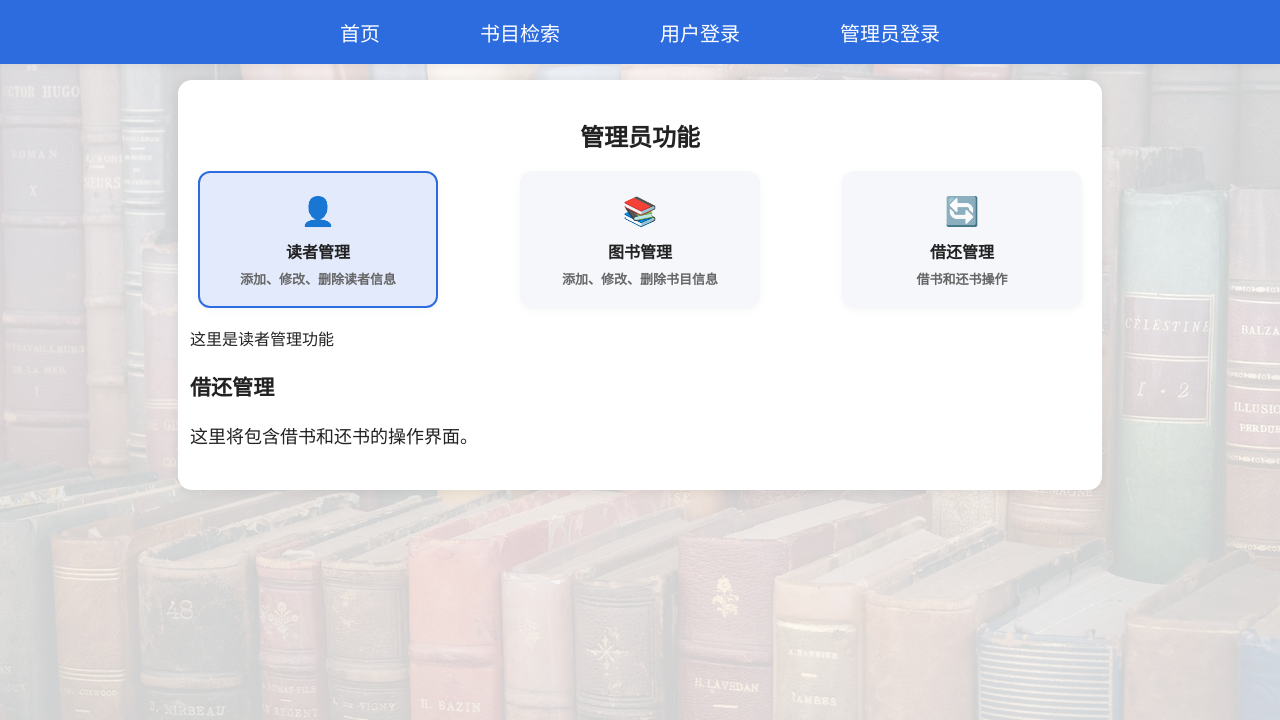
Repository: MercuryRandom/Library-Resource-Management-System
Page: /admin/borrowing (app in frontend/)
An editor plug-in stored every save of this project. The page is shown before and after the next save, followed by the edit.
The browser window is 1280 px wide. The pictures show the whole page.
The page's requests for data from a server got no answer. The project was rebuilt for these pictures with package versions that can differ from the ones it lists, and the page was loaded fresh each time. No one was signed in, and anything a server would have sent is missing. Also part of the build but not shown: frontend/vite.config.js, frontend/src/pages/HomePage.jsx, frontend/src/pages/SearchPage.jsx, frontend/src/pages/LoginPage.jsx, frontend/src/pages/RegisterPage.jsx, frontend/src/pages/UserLibraryPage.jsx, frontend/src/pages/AdminLoginPage.jsx, frontend/src/pages/admin/ReaderManagementPage.jsx and 1 more.

Above is the page before, as saved 2025-06-28 14:41:32.

### frontend/index.html
<!DOCTYPE html>
<html lang="zh-CN">

<head>
  <meta charset="UTF-8" />
  <link rel="icon" type="image/svg+xml" href="/vite.svg" />
  <meta name="viewport" content="width=device-width, initial-scale=1.0" />
  <title>图书管理系统</title>
</head>

<body>
  <div id="root"></div>
  <script type="module" src="/src/main.jsx"></script>
</body>

</html>

### frontend/src/App.jsx
import { BrowserRouter as Router, Routes, Route, useNavigate } from 'react-router-dom';
import MainLayout from './layout/MainLayout';
import HomePage from './pages/HomePage';
import SearchPage from './pages/SearchPage';
import LoginPage from './pages/LoginPage';
import RegisterPage from './pages/RegisterPage';
import UserLibraryPage from './pages/UserLibraryPage';
import AdminLoginPage from './pages/AdminLoginPage';
import AdminPage from './pages/AdminPage';
import ReaderManagementPage from './pages/admin/ReaderManagementPage';
import BookManagementPage from './pages/admin/BookManagementPage';
import BorrowManagementPage from './pages/admin/BorrowManagementPage';
import './App.css';

function App() {
  return (
    <Router>
      <Routes>
        <Route path="/" element={<MainLayout />}>
          <Route index element={<HomePage />} />
          <Route path="search" element={<SearchPage />} />
          <Route path="login" element={<LoginPage />} />
          <Route path="register" element={<RegisterPage />} />
          <Route path="library" element={<UserLibraryPage />} />
          <Route path="admin-login" element={<AdminLoginPage />} />
          <Route path="admin" element={<AdminPage />}>
            <Route path="readers" element={<ReaderManagementPage />} />
            <Route path="books" element={<BookManagementPage />} />
            <Route path="borrowing" element={<BorrowManagementPage />} />
          </Route>
        </Route>
      </Routes>
    </Router>
  );
}

export default App;

### frontend/src/layout/MainLayout.jsx
import React from 'react';
import { Outlet, NavLink } from 'react-router-dom';

const MainLayout = () => {
  return (
    <div>
      <nav>
        <ul>
          <li>
            <NavLink to="/" end className={({ isActive }) => isActive ? 'active' : ''}>首页</NavLink>
          </li>
          <li>
            <NavLink to="/search" className={({ isActive }) => isActive ? 'active' : ''}>书目检索</NavLink>
          </li>
          <li>
            <NavLink to="/login" className={({ isActive }) => isActive ? 'active' : ''}>用户登录</NavLink>
          </li>
          <li>
            <NavLink to="/admin-login" className={({ isActive }) => isActive ? 'active' : ''}>管理员登录</NavLink>
          </li>
        </ul>
      </nav>
      <hr style={{ border: 'none', margin: 0 }} />
      <main>
        <Outlet />
      </main>
    </div>
  );
};

export default MainLayout;

### frontend/src/pages/AdminPage.jsx
import React, { useState } from 'react';
import { useNavigate, Outlet } from 'react-router-dom';

const adminFeatures = [
  { key: 'readers', path: 'readers', title: '读者管理', desc: '添加、修改、删除读者信息', icon: '👤' },
  { key: 'books', path: 'books', title: '图书管理', desc: '添加、修改、删除书目信息', icon: '📚' },
  { key: 'borrowing', path: 'borrowing', title: '借还管理', desc: '借书和还书操作', icon: '🔄' },
];

const featureContent = {
  readers: <div style={{ fontSize: 16, marginTop: 16 }}>这里是读者管理功能</div>,
  books: <div style={{ fontSize: 16, marginTop: 16 }}>这里是图书管理功能</div>,
  borrowing: <div style={{ fontSize: 16, marginTop: 16 }}>这里是借还管理功能</div>,
};

const AdminPage = () => {
  const [selected, setSelected] = useState('readers');
  const navigate = useNavigate();
  return (
    <div style={{ maxWidth: 900, margin: '0 auto' }}>
      <h2 style={{ fontSize: 24, marginBottom: 18, textAlign: 'center' }}>管理员功能</h2>
      <div style={{ display: 'flex', justifyContent: 'space-between', gap: 18, marginBottom: 18 }}>
        {adminFeatures.map(f => (
          <div
            key={f.key}
            className="card-hover"
            style={{ flex: 1, background: selected === f.key ? '#e3eafc' : '#f5f7fb', borderRadius: 12, boxShadow: '0 2px 8px rgba(0,0,0,0.04)', padding: '18px 8px', textAlign: 'center', minWidth: 0, maxWidth: 220, margin: '0 8px', cursor: 'pointer', fontSize: 15, border: selected === f.key ? '2px solid #2d6cdf' : '2px solid transparent', fontWeight: 600, transition: 'all 0.2s' }}
            onClick={() => { setSelected(f.key); navigate(f.path); }}
          >
            <div style={{ fontSize: 28, marginBottom: 10 }}>{f.icon}</div>
            <div style={{ fontSize: 16, fontWeight: 700, marginBottom: 6 }}>{f.title}</div>
            <div style={{ color: '#666', fontSize: 13 }}>{f.desc}</div>
          </div>
        ))}
      </div>
      <div>{featureContent[selected]}</div>
      <div style={{ marginTop: 18 }}>
        <Outlet />
      </div>
    </div>
  );
};

export default AdminPage;

### frontend/src/pages/admin/BorrowManagementPage.jsx
import React from 'react';

const BorrowManagementPage = () => {
  return (
    <div>
      <h3>借还管理</h3>
      <p>这里将包含借书和还书的操作界面。</p>
    </div>
  );
};

export default BorrowManagementPage;

### frontend/src/App.css
body {
  margin: 0;
  padding: 0;
  font-family: 'Segoe UI', 'Arial', sans-serif;
  background: url('/image.png') no-repeat center center fixed;
  background-size: cover;
  color: #222;
  font-size: 18px;
  position: relative;
}

body::before {
  content: '';
  position: fixed;
  left: 0;
  top: 0;
  right: 0;
  bottom: 0;
  background: rgba(255, 255, 255, 0.82);
  /* 可调整透明度和颜色 */
  z-index: 0;
  pointer-events: none;
}

#root {
  min-height: 100vh;
  display: flex;
  flex-direction: column;
  position: relative;
  z-index: 1;
}

nav {
  background: #2d6cdf;
  padding: 0 0;
  box-shadow: 0 2px 8px rgba(0, 0, 0, 0.04);
}

nav ul {
  display: flex;
  justify-content: center;
  align-items: center;
  margin: 0;
  padding: 0;
  list-style: none;
  height: 64px;
}

nav ul li {
  margin: 0 32px;
}

nav ul li a {
  color: #fff;
  text-decoration: none;
  font-size: 20px;
  font-weight: 500;
  padding: 8px 18px;
  border-radius: 8px;
  transition: background 0.2s;
}

nav ul li a:hover,
nav ul li a.active {
  background: #174ea6;
}

main {
  flex: 1;
  max-width: 900px;
  margin: 16px auto 0 auto;
  background: #fff;
  border-radius: 14px;
  box-shadow: 0 2px 12px rgba(0, 0, 0, 0.08);
  padding: 18px 12px 24px 12px;
  font-size: 1em;
}

/* 登录/注册卡片样式 */
.form-card {
  max-width: 320px;
  margin: 24px auto;
  padding: 18px 12px 12px 12px;
  background: #f5f7fb;
  border-radius: 10px;
  box-shadow: 0 2px 16px rgba(0, 0, 0, 0.08);
}

.form-card h2 {
  text-align: center;
  margin-bottom: 14px;
  font-size: 1.3em;
}

.form-card label {
  font-size: 1em;
  margin-bottom: 8px;
}

.form-card input,
.form-card select {
  width: 100%;
  padding: 7px;
  font-size: 1em;
  border: 1px solid #bfc8e0;
  border-radius: 5px;
  margin-bottom: 10px;
  background: #fff;
  box-sizing: border-box;
}

.form-card button {
  width: 100%;
  padding: 8px;
  font-size: 1em;
  background: #2d6cdf;
  color: #fff;
  border: none;
  border-radius: 5px;
  margin-top: 8px;
  cursor: pointer;
  transition: background 0.2s;
}

.form-card button:hover {
  background: #174ea6;
}

.form-card .form-link {
  display: block;
  text-align: right;
  margin-top: 12px;
  color: #2d6cdf;
  text-decoration: underline;
  cursor: pointer;
  font-size: 1em;
}

@media (max-width: 900px) {
  main {
    max-width: 98vw;
    padding: 8px 2vw;
  }

  nav ul li {
    margin: 0 8px;
  }

  nav ul li a {
    font-size: 16px;
    padding: 6px 8px;
  }

  .form-card {
    padding: 8px 2px 8px 2px;
  }
}

.logo {
  height: 6em;
  padding: 1.5em;
  will-change: filter;
  transition: filter 300ms;
}

.logo:hover {
  filter: drop-shadow(0 0 2em #646cffaa);
}

.logo.react:hover {
  filter: drop-shadow(0 0 2em #61dafbaa);
}

@keyframes logo-spin {
  from {
    transform: rotate(0deg);
  }

  to {
    transform: rotate(360deg);
  }
}

@media (prefers-reduced-motion: no-preference) {
  a:nth-of-type(2) .logo {
    animation: logo-spin infinite 20s linear;
  }
}

.card {
  padding: 2em;
}

.read-the-docs {
  color: #888;
}

.card-hover {
  transition: box-shadow 0.25s, transform 0.25s;
  box-shadow: 0 2px 12px rgba(0, 0, 0, 0.04);
  font-size: 0.95em;
  padding: 14px 6px;
  border-radius: 10px;
  min-width: 160px;
  max-width: 220px;
  margin: 0 8px;
}

.card-hover:hover {
  box-shadow: 0 8px 32px rgba(45, 108, 223, 0.18);
  transform: translateY(-10px) scale(1.03);
  z-index: 2;
}

Loaded but not shown: frontend/src/main.jsx (common file)

After the next save:
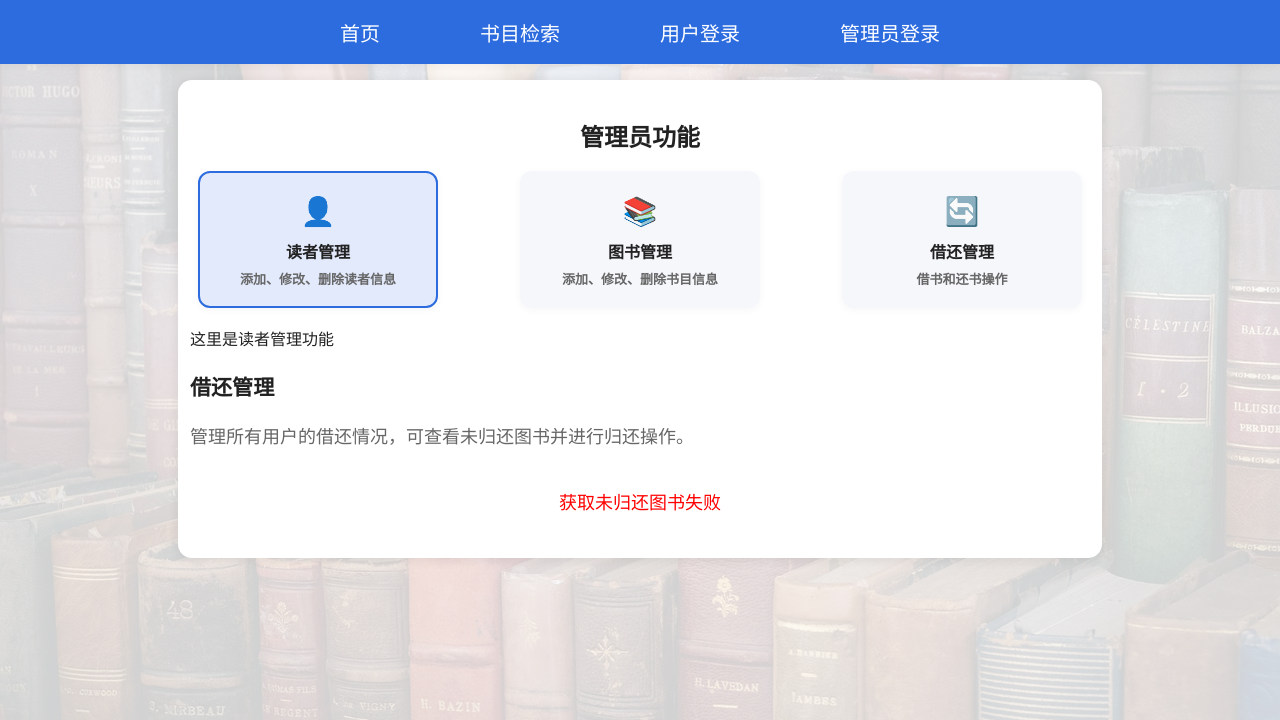
Saved 39 s later.
--- a/frontend/src/pages/admin/BorrowManagementPage.jsx
+++ b/frontend/src/pages/admin/BorrowManagementPage.jsx
@@ -1,10 +1,146 @@
-import React from 'react';
+import React, { useState, useEffect } from 'react';
 
 const BorrowManagementPage = () => {
+  const [unreturnedBooks, setUnreturnedBooks] = useState([]);
+  const [loading, setLoading] = useState(false);
+  const [error, setError] = useState('');
+  const [returnMsg, setReturnMsg] = useState('');
+
+  // 获取所有未归还的图书
+  const fetchUnreturnedBooks = async () => {
+    setLoading(true);
+    setError('');
+    try {
+      const res = await fetch('http://localhost:4001/api/admin/unreturned-books');
+      if (!res.ok) throw new Error(`HTTP ${res.status}`);
+      const data = await res.json();
+      setUnreturnedBooks(data);
+    } catch (err) {
+      console.error('获取未归还图书失败:', err);
+      setError('获取未归还图书失败');
+    } finally {
+      setLoading(false);
+    }
+  };
+
+  useEffect(() => {
+    fetchUnreturnedBooks();
+  }, []);
+
+  // 归还图书
+  const handleReturn = async (borrow_id) => {
+    if (!window.confirm('确认归还这本书吗？')) return;
+
+    setReturnMsg('');
+    try {
+      const res = await fetch('http://localhost:4001/api/admin/return-book', {
+        method: 'POST',
+        headers: { 'Content-Type': 'application/json' },
+        body: JSON.stringify({ borrow_id })
+      });
+      const data = await res.json();
+      if (data.success) {
+        setReturnMsg('归还成功！');
+        // 刷新列表
+        fetchUnreturnedBooks();
+        // 3秒后清除消息
+        setTimeout(() => setReturnMsg(''), 3000);
+      } else {
+        setReturnMsg(data.message || '归还失败');
+      }
+    } catch (err) {
+      setReturnMsg('归还失败，请重试');
+    }
+  };
+
+  // 检查是否逾期
+  const isOverdue = (due_date) => {
+    const today = new Date();
+    const due = new Date(due_date);
+    return today > due;
+  };
+
   return (
     <div>
       <h3>借还管理</h3>
-      <p>这里将包含借书和还书的操作界面。</p>
+      <p style={{ color: '#666', marginBottom: 20 }}>管理所有用户的借还情况，可查看未归还图书并进行归还操作。</p>
+
+      {returnMsg && (
+        <div style={{
+          color: returnMsg.includes('成功') ? 'green' : 'red',
+          marginBottom: 10,
+          padding: '8px 12px',
+          background: returnMsg.includes('成功') ? '#e8f5e8' : '#ffe8e8',
+          borderRadius: 6,
+          border: `1px solid ${returnMsg.includes('成功') ? '#4caf50' : '#f44336'}`
+        }}>
+          {returnMsg}
+        </div>
+      )}
+
+      {loading ? (
+        <div style={{ textAlign: 'center', padding: '40px', color: '#666' }}>加载中...</div>
+      ) : error ? (
+        <div style={{ color: 'red', padding: '20px', textAlign: 'center' }}>{error}</div>
+      ) : unreturnedBooks.length === 0 ? (
+        <div style={{ textAlign: 'center', padding: '40px', color: '#666' }}>暂无未归还的图书</div>
+      ) : (
+        <div style={{ overflowX: 'auto' }}>
+          <table style={{ width: '100%', borderCollapse: 'collapse', background: '#fff', borderRadius: 8, overflow: 'hidden', boxShadow: '0 2px 8px rgba(0,0,0,0.1)' }}>
+            <thead>
+              <tr style={{ background: '#f5f7fb' }}>
+                <th style={{ padding: '12px', textAlign: 'left', borderBottom: '1px solid #e0e0e0' }}>借书ID</th>
+                <th style={{ padding: '12px', textAlign: 'left', borderBottom: '1px solid #e0e0e0' }}>读者信息</th>
+                <th style={{ padding: '12px', textAlign: 'left', borderBottom: '1px solid #e0e0e0' }}>图书信息</th>
+                <th style={{ padding: '12px', textAlign: 'left', borderBottom: '1px solid #e0e0e0' }}>借书日期</th>
+                <th style={{ padding: '12px', textAlign: 'left', borderBottom: '1px solid #e0e0e0' }}>应还日期</th>
+                <th style={{ padding: '12px', textAlign: 'left', borderBottom: '1px solid #e0e0e0' }}>状态</th>
+                <th style={{ padding: '12px', textAlign: 'left', borderBottom: '1px solid #e0e0e0' }}>操作</th>
+              </tr>
+            </thead>
+            <tbody>
+              {unreturnedBooks.map(book => (
+                <tr key={book.borrow_id} style={{ borderBottom: '1px solid #f0f0f0' }}>
+                  <td style={{ padding: '12px' }}>{book.borrow_id}</td>
+                  <td style={{ padding: '12px' }}>
+                    <div><strong>{book.reader_name}</strong></div>
+                    <div style={{ fontSize: 13, color: '#666' }}>{book.reader_id} ({book.reader_type})</div>
+                  </td>
+                  <td style={{ padding: '12px' }}>
+                    <div><strong>{book.title}</strong></div>
+                    <div style={{ fontSize: 13, color: '#666' }}>{book.author} - {book.book_id}</div>
+                  </td>
+                  <td style={{ padding: '12px' }}>{book.borrow_date ? book.borrow_date.slice(0, 10) : ''}</td>
+                  <td style={{ padding: '12px' }}>{book.due_date ? book.due_date.slice(0, 10) : ''}</td>
+                  <td style={{ padding: '12px' }}>
+                    {isOverdue(book.due_date) ? (
+                      <span style={{ color: '#f44336', fontWeight: 600 }}>已逾期</span>
+                    ) : (
+                      <span style={{ color: '#4caf50' }}>正常</span>
+                    )}
+                  </td>
+                  <td style={{ padding: '12px' }}>
+                    <button
+                      onClick={() => handleReturn(book.borrow_id)}
+                      style={{
+                        background: '#2d6cdf',
+                        color: '#fff',
+                        border: 'none',
+                        borderRadius: 6,
+                        padding: '6px 12px',
+                        cursor: 'pointer',
+                        fontWeight: 600
+                      }}
+                    >
+                      归还
+                    </button>
+                  </td>
+                </tr>
+              ))}
+            </tbody>
+          </table>
+        </div>
+      )}
     </div>
   );
 };
